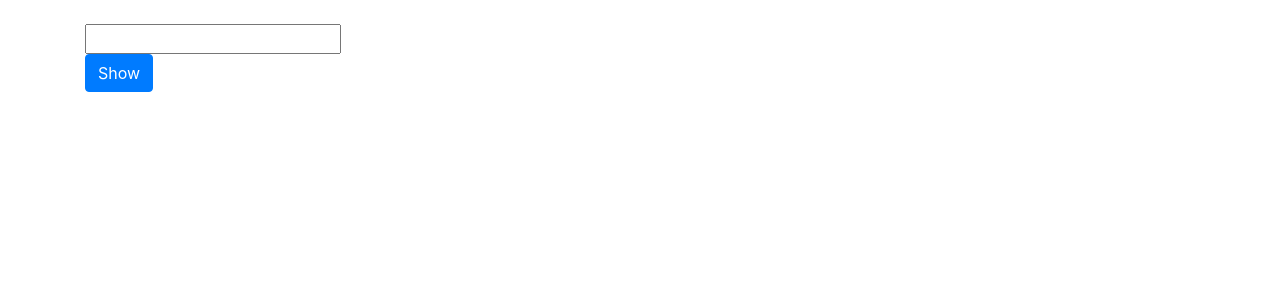
Repository: thanhfrankie/BC10-LeMinhThanh-Js-b7-8
Page: index.html
An editor plug-in stored every save of this project. The page is shown before and after the next save, followed by the edit.
The browser window is 1280 px wide. The pictures show the whole page.

Above is the page before, as saved 2023-12-27 21:07:03.

### index.html
<!doctype html>
<html lang="en">
  <head>
    <title>Title</title>
    <!-- Required meta tags -->
    <meta charset="utf-8">
    <meta name="viewport" content="width=device-width, initial-scale=1, shrink-to-fit=no">

    <!-- Bootstrap CSS -->
    <link rel="stylesheet" href="https://cdn.jsdelivr.net/npm/bootstrap@4.6.2/dist/css/bootstrap.min.css" integrity="sha384-xOolHFLEh07PJGoPkLv1IbcEPTNtaed2xpHsD9ESMhqIYd0nLMwNLD69Npy4HI+N" crossorigin="anonymous">

  </head>
  <body>
    <div class="container mt-4">
        <input type="text">
        <p>
            <button class="btn btn-primary" type="button" data-toggle="collapse" data-target="#contentId" aria-expanded="false"
                    aria-controls="contentId">
                Show
            </button>
          </p>
          <div class="collapse" id="contentId">

          </div>
    </div>




    <!-- Optional JavaScript -->
    <!-- jQuery first, then Popper.js, then Bootstrap JS -->
    <script src="https://cdn.jsdelivr.net/npm/jquery@3.5.1/dist/jquery.slim.min.js" integrity="sha384-DfXdz2htPH0lsSSs5nCTpuj/zy4C+OGpamoFVy38MVBnE+IbbVYUew+OrCXaRkfj" crossorigin="anonymous"></script>
    <script src="https://cdn.jsdelivr.net/npm/popper.js@1.16.1/dist/umd/popper.min.js" integrity="sha384-9/reFTGAW83EW2RDu2S0VKaIzap3H66lZH81PoYlFhbGU+6BZp6G7niu735Sk7lN" crossorigin="anonymous"></script>
    <script src="https://cdn.jsdelivr.net/npm/bootstrap@4.6.2/dist/js/bootstrap.min.js" integrity="sha384-+sLIOodYLS7CIrQpBjl+C7nPvqq+FbNUBDunl/OZv93DB7Ln/533i8e/mZXLi/P+" crossorigin="anonymous"></script>

    <script src="./index.js"></script>
  </body>
</html>

Loaded but not shown: index.js (no copy from this time; the picture is the same without it)

After the next save:
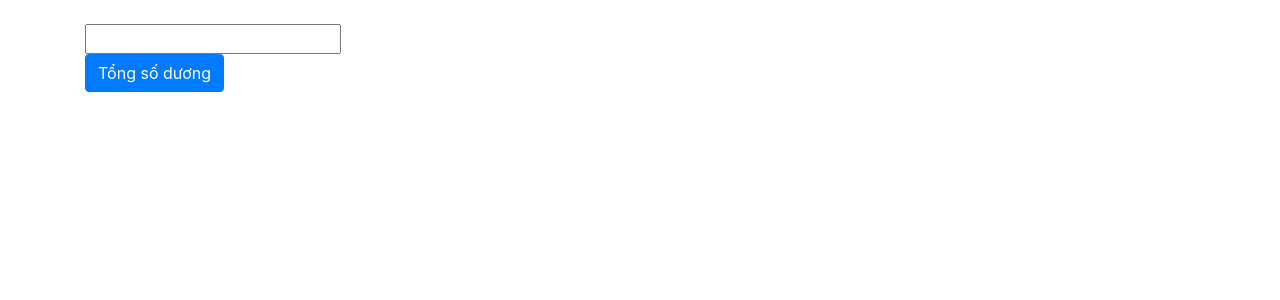
Saved 54 s later.
--- a/index.html
+++ b/index.html
@@ -16,7 +16,7 @@
         <p>
             <button class="btn btn-primary" type="button" data-toggle="collapse" data-target="#contentId" aria-expanded="false"
                     aria-controls="contentId">
-                Show
+                Tổng số dương
             </button>
           </p>
           <div class="collapse" id="contentId">
